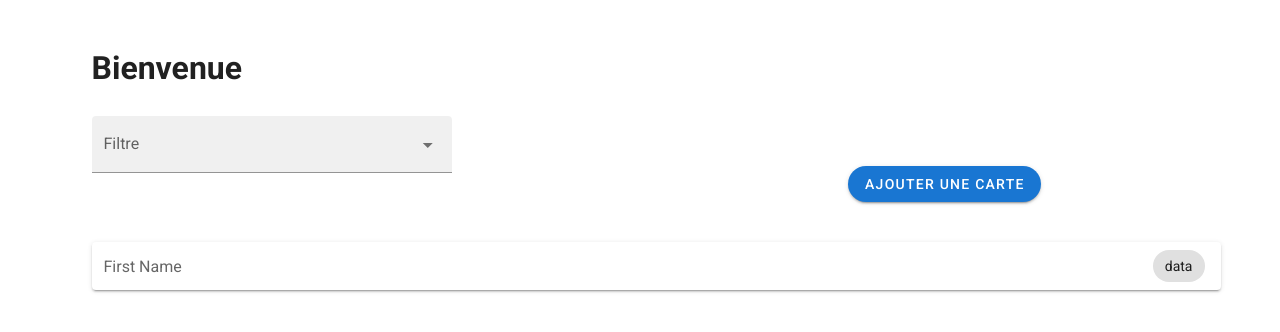
Repository: SidneyHodieb/myc
Page: /
These files come from the project's save history. The page is drawn as it stood at one moment and after the next save; the edit follows.
The browser window is 1280 px wide. The pictures show the whole page.
The project was rebuilt for these pictures with package versions that can differ from the ones it lists, and the page was loaded fresh each time. Also part of the build but not shown: vue.config.js.

Above is the page before, as saved 2021-04-01 23:57:21.

### src/App.vue
<template>
  <v-app>
    <v-main>
      <router-view></router-view>
    </v-main>
  </v-app>
</template>

<script>

export default {
  name: 'App',
  data: () => ({
    //
  }),
};
</script>

### src/views/Home.vue
<template>
  <v-container>
    <v-row class="mt-5 ml-5">
      <v-col cols="12" sm="12">
        <h1>Bienvenue</h1>
      </v-col>
      <v-col class="d-flex" sm="4">
        <v-select :items="items" filled label="Filtre"></v-select>
      </v-col>
     <v-col offset-md="2" sm="6" style="margin-top:50px">
      <div class="text-center">
        <v-btn rounded color="primary" dark offset-md="8">
          Ajouter une carte
        </v-btn>
      </div>
      </v-col>
      <v-col
          cols="12"
          sm="12"
          class="mt-4"
        >
          <v-text-field
            v-model="first"
            label="First Name"
            solo
          >
             <template v-slot:append>
               <v-chip class="ma-1">data</v-chip>
              </template>

          </v-text-field>
        </v-col>
    </v-row>
  </v-container>
</template>

<script>
// @ is an alias to /src

export default {
  components: {},
};
</script>

Loaded but not shown: public/index.html (common file); src/main.js (common file); src/router/index.js (common file); src/store/index.js (common file); src/plugins/vuetify.js (common file)

After the next save:
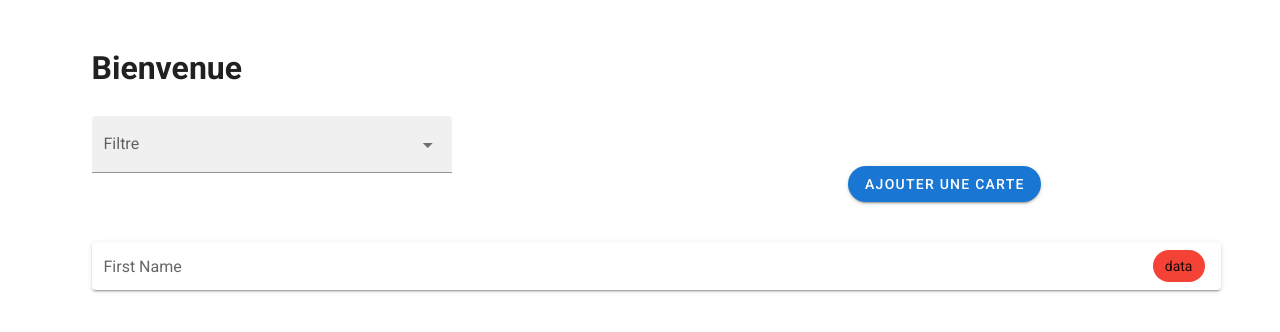
Saved 2 min 59 s later.
--- a/src/views/Home.vue
+++ b/src/views/Home.vue
@@ -25,7 +25,7 @@
             solo
           >
              <template v-slot:append>
-               <v-chip class="ma-1">data</v-chip>
+               <v-chip color="red" class="ma-1">data</v-chip>
               </template>
 
           </v-text-field>
